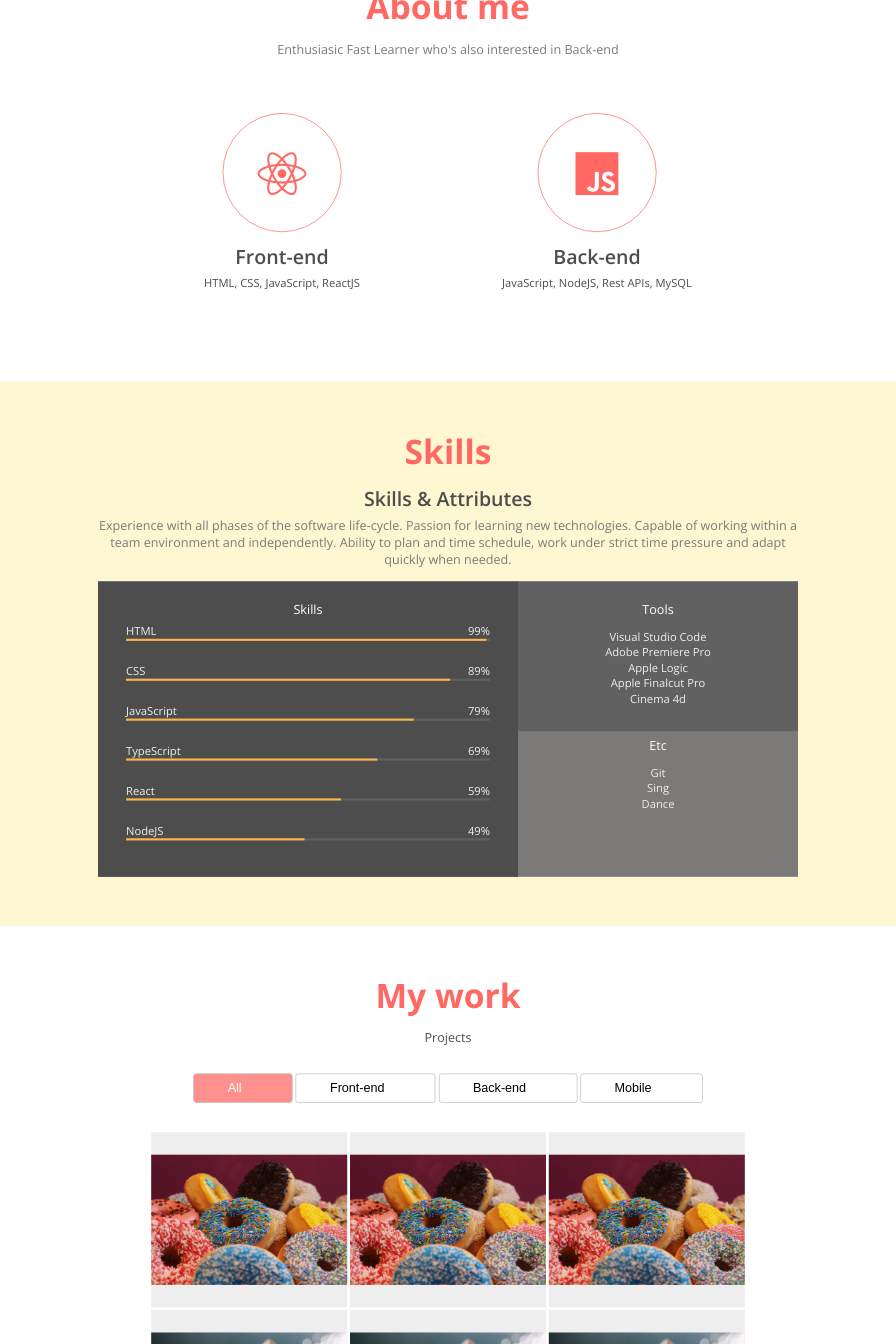
Repository: hesshess/Portfolio
Page: index.html
These files come from the project's save history. The page is drawn as it stood at one moment and after the next save; the edit follows.
The browser window is 1280 px wide. The pictures show the part of the page from y = 801 to 2721 px (the page is 4152 px tall), at 70% of full size.
Some web libraries are served in a nearby version.

Above is the page before, as saved 2022-10-18 15:26:39.

After the next save:
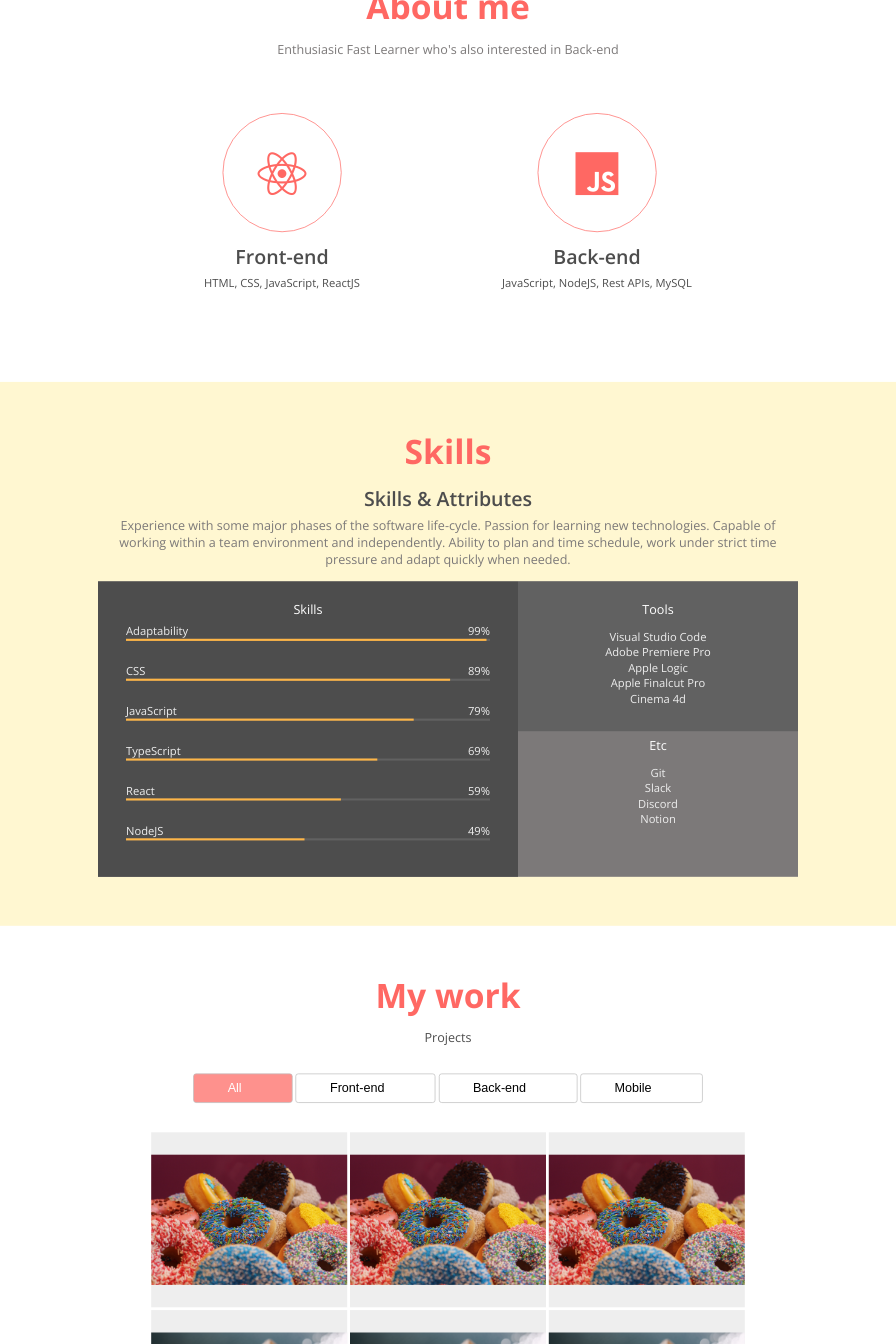
Saved 16 s later.
--- a/index.html
+++ b/index.html
@@ -95,7 +95,7 @@
         <h1>Skills</h1>
         <h2>Skills & Attributes</h2>
         <p>
-          Experience with all phases of the software life-cycle. Passion for
+          Experience with some major phases of the software life-cycle. Passion for
           learning new technologies. Capable of working within a team
           environment and independently. Ability to plan and time schedule, work
           under strict time pressure and adapt quickly when needed.
@@ -105,7 +105,7 @@
             <h3 class="skillset__title">Skills</h3>
             <div class="skill">
               <div class="skill__description">
-                <span>HTML</span>
+                <span>Adaptability</span>
                 <span>99%</span>
               </div>
               <div class="skill__bar">
@@ -173,8 +173,9 @@
               <h3 class="skillset__title">Etc</h3>
               <ul class="etc__list">
                 <li><span>Git</span></li>
-                <li><span>Sing</span></li>
-                <li><span>Dance</span></li>
+                <li><span>Slack</span></li>
+                <li><span>Discord</span></li>
+                <li><span>Notion</span></li>
               </ul>
             </div>
           </div>
